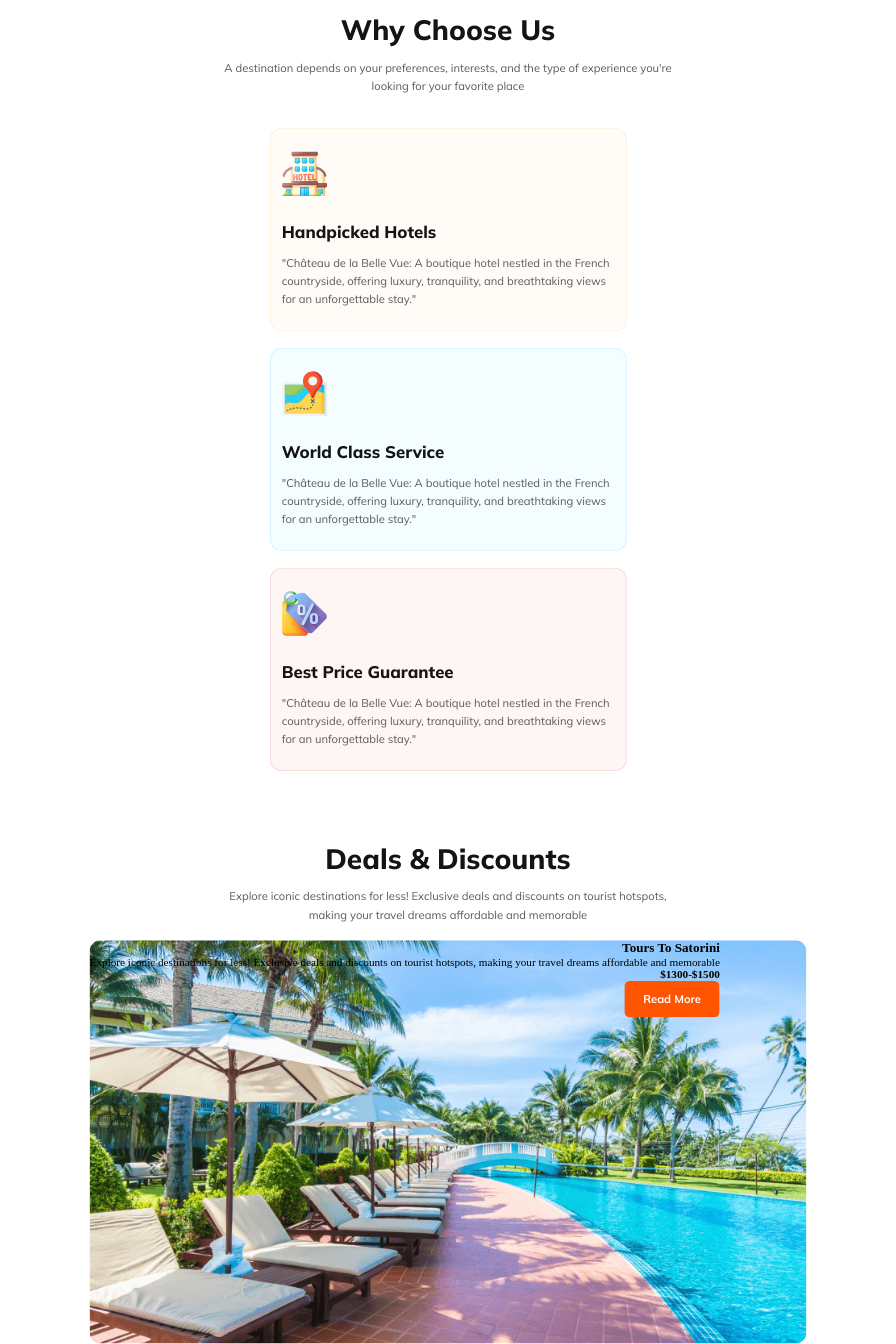
Repository: ShouravAhammed/Assignment-2
Page: index.html
An editor plug-in stored every save of this project. The page is shown before and after the next save, followed by the edit.
The browser window is 1280 px wide. The pictures show the part of the page from y = 2665 to 4585 px (the page is 4585 px tall), at 70% of full size.
Some web libraries are served in a nearby version.

Above is the page before, as saved 2024-01-16 17:49:10.

### index.html
<!DOCTYPE html>
<html lang="en">
<head>
    <meta charset="UTF-8">
    <meta name="viewport" content="width=device-width, initial-scale=1.0">
    <!-- website title -->
    <title>Easy Travel</title>
    <!-- linked font awesome -->
    <script src="https://kit.fontawesome.com/0d98d502eb.js" crossorigin="anonymous"></script>
    <!-- linked favicon -->
    <link rel="shortcut icon" href="Images/Group 40071 (2).png" type="image/x-icon">
    <!-- linked css -->
    <link rel="stylesheet" href="styles/style.css">
</head>
<body>
    <!-- header part start -->
    <header id="header">
        <div class="container">
            <nav class="navigation">
                    <a class="website-name" href="">
                        <img src="Images/Group 40071 (2).png" alt="">
                        <h3 class="web-text">Easy <span class="web-text-color">Travel</span></h3>
                    </a>
                    <input type="checkbox" id="check">
                    <label for="check" class="checkbtn"><i class="fa-solid fa-bars"></i></label>
                    <ul class="nav">
                        <li><a class="active" href="">Home</a></li>
                        <li><a href="">Packages</a></li>
                        <li><a href="">Testimonial</a></li>
                        <li><a href="">Blog</a></li>
                        <li><a href="">Contact</a></li>
                    </ul>
                </nav>

                <section id="banner">
                    <div class="banner-container">
                        <div class="banner-text">
                            <h2 class="banner-title">Explore Your Travel</h2>
                        <p class="banner-description">Share your destination, interests, and preferences, and I'll assist in crafting a personalized itinerary for your unforgettable journey.</p>
                        </div>
                        <form class="banner-form" action="">
                            <input type="text" placeholder="Where go">
                            <select name="" id="">
                                <option value="">When</option>
                                <option value="">10:00pm</option>
                                <option value="">12:00am</option>
                                <option value="">3:00pm</option>
                                <option value="">01:00pm</option>
                            </select>
                            <select name="" id="">
                                <option value="">Select Type</option>
                                <option value="">Maldives</option>
                                <option value="">Srilanka</option>
                                <option value="">Bangladesh</option>
                                <option value="">Bandarban</option>
                                <option value="">North America</option>
                            </select>
                            <button class="primary-btn"><i class="fa-solid fa-magnifying-glass"></i> Find Now</button>
                        </form>
                    </div>
                </section>
        </div>
    </header>
    <!-- header part end -->
    <!-- main part start -->
    <main>
        <section id="tour">
            <div class="container">
                <div class="tour-container">
                    <div class="tour-text">
                        <h3 class="primary-title">Our Popular Tours</h3>
                        <p class="primary-description">Discover scenic wonders, cultural gems, and thrilling adventures with our popular tours—crafted for memorable experiences and lasting memories.</p>
                        <ul class="tour-list">
                            <li>Tempus euismod lacus mauris dignissim quis in ultrices. Magna nullam odio neque diam. Sociis erat at .</li>
                            <li>Adipiscing ornare pellentesque mauris volutpat tortor vitae platea porta lacus. Lectus suspendisse nullam.</li>
                            <li>Amet consectetur. Vulputate commodo felis molestie risus
                                ornare nulla amet et. Libero commodo sagittis dignissim adipiscing quis. Habitant adipiscing risus natoque aliquet. Id bibendum nunc senectus semper tincidunt.
                            </li>
                        </ul>
                        <p class="primary-description">Embark on unforgettable journeys with our popular tours. From cultural escapades to thrilling adventures, our meticulously crafted experiences promise to create lasting memories in breathtaking destinations worldwide.</p>
                        <button class="primary-btn">Read More</button>
                    </div>
                    <div class="tour-img">
                        <img src="Images/Rectangle 4.png" alt="tour-img">
                    </div>
                </div>
            </div>
        </section>
        <!-- destination section part -->
        <section id="destination">
            <div class="container">
                <dive class="destination-container">
                    <div class="primary-text">
                        <h3 class="primary-title">Choose Your Destination</h3>
                    <p class="primary-description">A destination depends on your preferences, interests, and the type of experience you're looking for......</p>
                    </div>
                    <div class="destination-content">
                        <div class="destination-img" id="img1">
                            <img src="Images/Rectangle 5.png" alt="">
                            <h3 class="destination-img-title">Maldives</h3>
                        </div>
                        <div class="destination-img" id="img2">
                            <img src="Images/Rectangle 8.png" alt="">
                            <h3 class="destination-img-title">Indonesia</h3>
                        </div>
                        <div class="destination-img" id="img3">
                            <img src="Images/Rectangle 6.png" alt="">
                            <h3 class="destination-img-title">Srilanka</h3>
                        </div>
                        <div class="destination-img" id="img4">
                            <img src="Images/Rectangle 7.png" alt="">
                            <h3 class="destination-img-title">North America</h3>
                        </div>
                        <div class="destination-img" id="img5">
                            <img src="Images/Rectangle 9.png" alt="">
                            <h3 class="destination-img-title">Kashmir</h3>
                        </div>
                        <div class="destination-img" id="img6">
                            <img src="Images/Rectangle 11.png" alt="">
                            <h3 class="destination-img-title">Bangladesh</h3>
                        </div>
                        <div class="destination-img" id="img7">
                            <img src="Images/Rectangle 10.png" alt="">
                            <h3 class="destination-img-title">Bandarban</h3>
                        </div>
                    </div>
                </dive>
            </div>
        </section>
        <!-- why choose us section part -->
        <section id="choose">
            <div class="container">
                <div class="choose-container">
                    <div class="primary-text">
                        <h3 class="primary-title">Why Choose Us</h3>
                    <p class="primary-description">A destination depends on your preferences, interests, and the type of experience you're looking for your favorite place</p>
                    </div>
                    <div class="choose-content">
                        <div class="choose-boxes box-yellow">
                            <img src="icons/hotel.svg" alt="">
                            <h3 class="choose-title">Handpicked Hotels</h3>
                            <p class="choose-description">"Château de la Belle Vue: A boutique hotel nestled in the French countryside, offering luxury, tranquility, and breathtaking views for an unforgettable stay."</p>
                        </div>
                        <div class="choose-boxes box-sky">
                            <img src="icons/map.svg" alt="">
                            <h3 class="choose-title">World Class Service</h3>
                            <p class="choose-description">"Château de la Belle Vue: A boutique hotel nestled in the French countryside, offering luxury, tranquility, and breathtaking views for an unforgettable stay."</p>
                        </div>
                        <div class="choose-boxes box-darkyellow">
                            <img src="icons/price.svg" alt="">
                            <h3 class="choose-title">Best Price Guarantee</h3>
                            <p class="choose-description">"Château de la Belle Vue: A boutique hotel nestled in the French countryside, offering luxury, tranquility, and breathtaking views for an unforgettable stay."</p>
                        </div>
                    </div>
                </div>
            </div>
        </section>
        <!-- deals section part -->
        <section id="deals">
            <div class="container">
                <div class="deals-container">
                    <div class="primary-text">
                        <h3 class="primary-title">Deals & Discounts</h3>
                    <p class="primary-description">Explore iconic destinations for less! Exclusive deals and discounts on tourist hotspots, making your travel dreams affordable and memorable</p>
                    </div>
                    <div class="deals-content">
                        <div class="deals-text">
                            <div class="date-time">
                                <p></p>
                                <p></p>
                                <p></p>
                            </div>
                            <h3 class="deals-title">Tours To Satorini</h3>
                            <p class="deals-description">Explore iconic destinations for less! Exclusive deals and discounts on tourist hotspots, making your travel dreams affordable and memorable</p>
                            <h4 class="deals-price">$1300-$1500</h4>
                            <button class="primary-btn">Read More</button>
                        </div>
                    </div>
                </div>
            </div>
        </section>
    </main>
    <!-- main part end -->
    <!-- footer part start -->
    <footer>

    </footer>
    <!-- footer part end -->
</body>
</html>

### styles/style.css
/* Import Fonts From Google Fonts */
@import url('https://fonts.googleapis.com/css2?family=Mulish:ital,wght@0,200;0,300;0,400;0,500;0,600;0,700;0,800;0,900;0,1000;1,200;1,300;1,400;1,500;1,600;1,700;1,800;1,900;1,1000&display=swap');@import url('https://fonts.googleapis.com/css2?family=Mulish:ital,wght@0,200;0,300;0,400;0,500;0,600;0,700;0,800;0,900;0,1000;1,200;1,300;1,400;1,500;1,600;1,700;1,800;1,900;1,1000&display=swap');

/* color clearance */
:root{
    --primary-color: #FF5400;
    --secondary-color: #131318;
    --third-color: #fff;
}

/* all default size off */
*{
    margin: 0;
    padding: 0;
    outline: 0;
    box-sizing: border-box;
}
/* container display measuring size*/
.container{
    width: 80%;
    margin: 0 auto;
}
/* primary title, description and button */
.primary-title{
    color: var(--secondary-color);
    font-family: Mulish;
    font-size: 2.5rem;
    font-weight: 800;
}
.primary-description{
    color: rgba(19, 19, 24, 0.70);
    font-family: Mulish;
    font-size: 1rem;
    font-weight: 400;
    line-height: 26px;
    margin: 16px 0;
}
/* navigation css style */
.navigation{
    display: flex;
    align-items: center;
    justify-content: space-between;
    margin: 40px 0;
}
.website-name{
    display: flex;
    align-items: center;
    gap: 16px;
    text-decoration: none;
}
.website-name img{
    width: 48px;
}
.website-name .web-text{
    color: var(--secondary-color);
    font-family: Mulish;
    font-size: 2.25rem;
    font-weight: 800;
}
.website-name .web-text-color{
    color: var(--primary-color);
}


.checkbtn{
    font-size: 1.75rem;
    color: #131318;
    display: none;
}
#check{
    display: none;
}



.navigation > .nav{
    display: flex;
    align-items: center;
    gap: 44px;
}
.nav > li{
    list-style: none;
}
.nav > li a{
    color: #424247;
    font-family: Mulish;
    font-size: 1.125rem;;
    font-weight: 400;
    text-decoration: none;
    transition: all ease 0.3s;
}
.nav > li a.active, .nav > li a:hover{
    color: var(--primary-color);
}

#banner{
    background-image: linear-gradient(180deg, rgba(19, 19, 24, 0.80) 0%, rgba(19, 19, 24, 0.00) 100%), url(../Images/Group13.png);
    background-position: center;
    background-size: cover;
    background-repeat: no-repeat;
    height: 80vh;
    border-radius: 16px;
}
.banner-text{
    padding-top: 106px;
    width: 676px;
    margin: 0 auto 48px auto;
    text-align: center;
}
.banner-text .banner-title{
    color: #FFF;
    font-family: Mulish;
    font-size: 4rem;
    font-weight: 800;
}
.banner-text .banner-description{
    color: #FFF;
    font-family: Mulish;
    font-size: 1rem;
    font-weight: 400;
    line-height: 26px;
    margin-top: 24px;
}
.banner-form{
    border-radius: 8px;
    background: rgba(255, 255, 255, 0.30);
    width: 816px;
    padding: 16px 0px;
    margin: 0 auto;
    text-align: center;
    display: flex;
    align-items: center;
    justify-content: space-evenly;
}
.banner-form input, .banner-form select{
    color: rgba(19, 19, 24, 0.50);
    border-radius: 8px;
    background: #FFF;
    font-family: Mulish;
    font-size: 1rem;
    font-weight: 400;
    padding: 14px;
    border: 2px solid transparent;
    transition: all ease 0.5s;
    width: 200px;
}
.banner-form input:hover{
    border: 2px solid var(--primary-color);
}
.banner-form select:hover{
    border: 2px solid var(--primary-color);
}
.primary-btn{
    color: #FFF;
    font-family: Mulish;
    font-size: 16px;
    font-weight: 700;
    border-radius: 8px;
    background: #FF5400;
    border: none;
    padding: 14px 25px;
    border:  2px solid transparent;
    transition: all ease 0.5s;
}
.primary-btn:hover{
    border: 2px solid var(--primary-color);
    background: #fff;
    color: var(--primary-color);
}



/* tour section css style */
#tour{
    margin: 100px 0;
}
.tour-container{
    display: flex;
    gap: 53px;
    align-items: center;
}
.tour-text{
    width: 47%;
}
.tour-img{
    width: 52%;
}
.tour-img img{
    width: 100%;
}
.tour-list > li{
    color: rgba(19, 19, 24, 0.70);
    font-family: Mulish;
    font-size: 1rem;
    font-weight: 400;
    line-height: 26px;
}
/* destination section css style */

.primary-text{
    width: 643px;
    margin: 0 auto;
    text-align: center;
}
.destination-content{
    display: grid;
    grid-template-columns: repeat(12, 1fr);
    grid-template-rows: repeat(3, 1fr);
    gap: 24px;
    margin-top: 48px;
}
.destination-img {
    position: relative;
    transition: all ease 0.3s;
}
.destination-img:hover{
    filter: grayscale(1);
    transform: scale(1.03);
}
.destination-img .destination-img-title{
    position: absolute;
    top: 0;
    left: 0;
    width: 100%;
    height: 100%;
    display: flex;
    align-items: center;
    justify-content: center;
    color: #FFF;
    font-family: Mulish;
    font-size: 1.75rem;
    font-weight: 800;
}
.destination-img img{
    width: 100%;
    height: 300px;
    object-fit: cover;
    border-radius: 16px;
    background: linear-gradient(0deg, rgba(19, 19, 24, 0.20) 0%, rgba(19, 19, 24, 0.20) 100%);
}
#img1{
    grid-column: 1/ span 6;
    grid-row: 1/ span 1;
}
#img2{
    grid-column: 7/ span 6;
    grid-row: 1/ span 1;
}
#img3{
    grid-column: 1/ span 4;
    grid-row: 2/ span 1;
}
#img4{
    grid-column: 5/ span 5;
    grid-row: 2/ span 1;
}
#img5{
    grid-column: 10/ span 3;
    grid-row: 2/ span 1;
}
#img6{
    grid-column: 1/ span 5;
    grid-row: 3/ span 1;
}
#img7{
    grid-column: 6/ span 7;
    grid-row: 3/ span 1;
}


/* Choose section css style */
#choose{
    margin: 100px 0;
}
.choose-content{
    display: flex;
    gap: 24px;
    flex-wrap: wrap;
    align-items: center;
    justify-content: center;
    margin-top: 48px;
}
.choose-boxes{
    padding: 32px 16px;
    width: 509px;
    border-radius: 16px;
}
.choose-boxes img{
    width: 64px;
}
.box-yellow{
    border: 1px solid rgba(251, 181, 99, 0.20);
    background: rgba(251, 181, 99, 0.05);
}
.box-sky{
    border: 1px solid rgba(41, 206, 246, 0.20);
    background: rgba(41, 206, 246, 0.05);
}
.box-darkyellow{
    border: 1px solid rgba(233, 68, 68, 0.20);
    background: rgba(233, 68, 68, 0.05);
}
.choose-boxes .choose-title{
    color: var(--secondary-color);
    font-family: Mulish;
    font-size: 1.5rem;
    font-weight: 800;
    margin-top: 32px;
    margin-bottom: 16px;
}
.choose-boxes .choose-description{
    color: #5A5A5D;
    font-family: Mulish;
    font-size: 1rem;
    font-weight: 400;
    line-height: 26px;
}

/* deals section css style */
.deals-content{
    background-image: url(../Images/Group\ 39.png);
    background-position: center;
    background-size: cover;
    background-repeat: no-repeat;
    height: 80vh;
    margin-top: 24px;
    border-radius: 16px;
    display: flex;
    text-align: right;

}





/* mobile device */
@media only screen and (max-width: 576px){


    /* primary  */
    .primary-title{
        font-size: 1.25rem;
    }
    .primary-description{
        font-size: 0.875rem;
        line-height: 24px;
    }









    /* navigation mobile device part css style */
    .navigation{
        margin: 35px 0;
    }
    .checkbtn{
        display: block;
    }
    .navigation > .nav{
        flex-direction: column;
        gap: 20px;
        padding-top: 30px;
        position: fixed;
        width: 100%;
        height: 50vh;
        background: #fff;
        top: 80px;
        left: -100%;
        text-align: center;
        transition: all ease 0.3s;
    }
    #check{
        display: none;
    }
    #check:checked ~ ul{
        left: 0;
    }

    /* banner mobile device section css style */
    .banner-text {
        padding-top: 32px;
        width: 100%;
        margin-bottom: 32px;
    }
    .banner-text .banner-title{
        font-size: 1.375rem;
    }
    .banner-text .banner-description{
        font-size: 0.875rem;
        line-height: 21px;
    }
    .banner-form input, .banner-form select{
        width: 100%;
    }
    .banner-form {
        width: 85%;
        padding: 16px 20px;
        flex-direction: column;
        gap: 16px;
    }


    /* tour mobile device section css style */
    #tour{
        margin: 24px 0;
    }
    .tour-container {
        gap: 24px;
        flex-direction: column;
    }
    .tour-text{
        width: 100%;
    }
    .tour-list > li{
        font-size: 0.875rem;
        line-height: 24px;
    }
    .tour-img{
        width: 100%;
    }

    /* destination mobile device section css style */
    .primary-text {
        width: 100%;
    }
    .destination-content{
        display: grid;
        grid-template-columns: repeat(12, 1fr);
        grid-template-rows: repeat(7, 1fr);
        gap: 16px;
    }
    #img1{
        grid-column: 1/ span 12;
        grid-row: 1/ span 1;
    }
    #img2{
        grid-column: 1/ span 12;
        grid-row: 2/ span 1;
    }
    #img3{
        grid-column: 1/ span 12;
        grid-row: 3/ span 1;
    }
    #img4{
        grid-column: 1/ span 12;
        grid-row: 4/ span 1;
    }
    #img5{
        grid-column: 1/ span 12;
        grid-row: 5/ span 1;
    }
    #img6{
        grid-column: 1/ span 12;
        grid-row: 6/ span 1;
    }
    #img7{
        grid-column: 1/ span 12;
        grid-row: 7/ span 1;
    }
    .destination-img .destination-img-title {
        font-size: 1.25rem;
    }
    /* choose section css style */
    #choose{
        margin: 24px 0;
    }
    .choose-content {
        margin-top: 16px;
    }
    .choose-boxes{
        width: 100%;
        padding: 32px 32px;
    }
    .choose-boxes .choose-title{
        font-size: 1.25rem;
        margin-top: 16px;
    }
    .choose-boxes .choose-description{
        font-size: 0.875rem;
    }
}

After the next save:
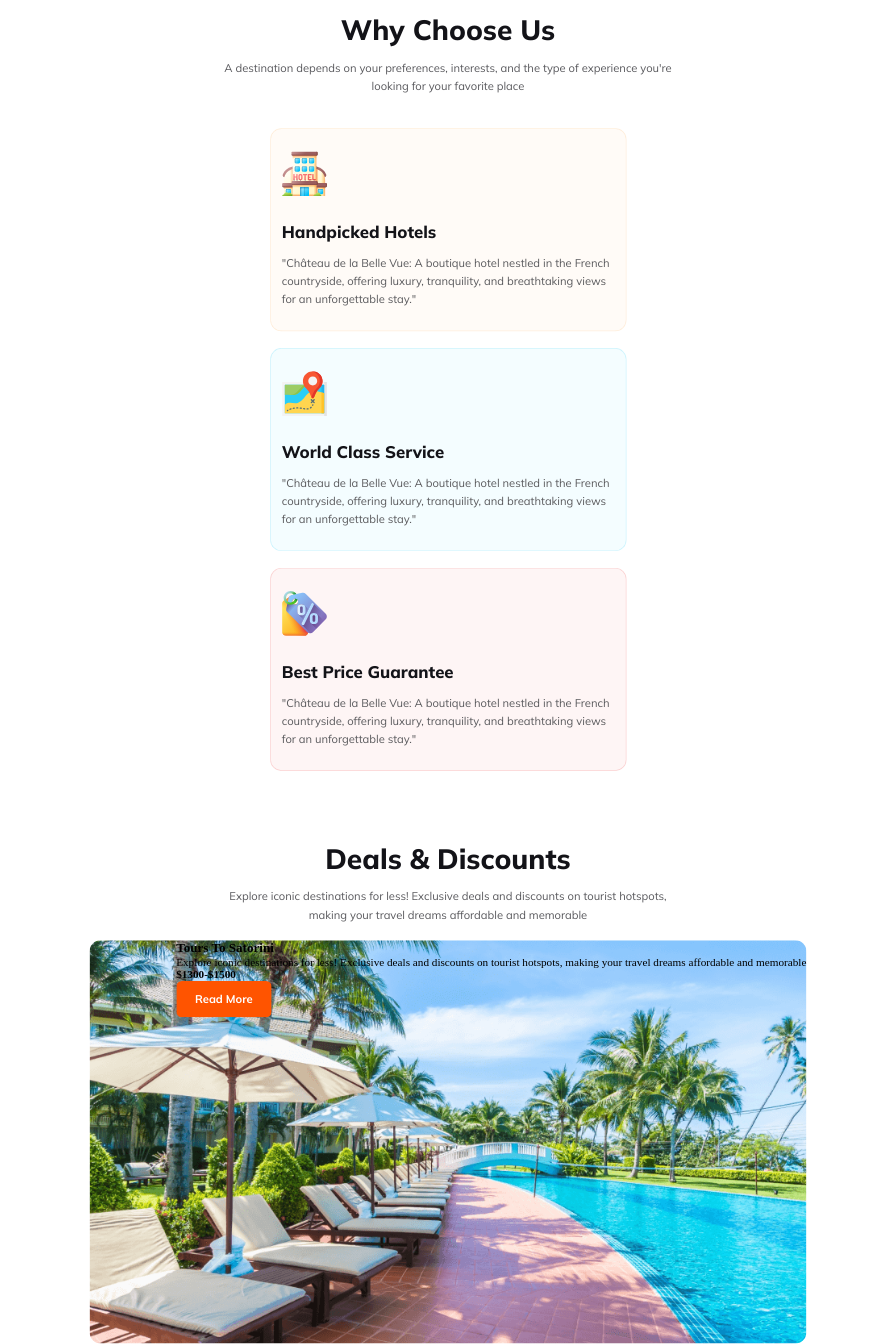
Saved 22 s later.
--- a/styles/style.css
+++ b/styles/style.css
@@ -326,7 +326,7 @@
     margin-top: 24px;
     border-radius: 16px;
     display: flex;
-    text-align: right;
+    justify-content: end;
 
 }
 
